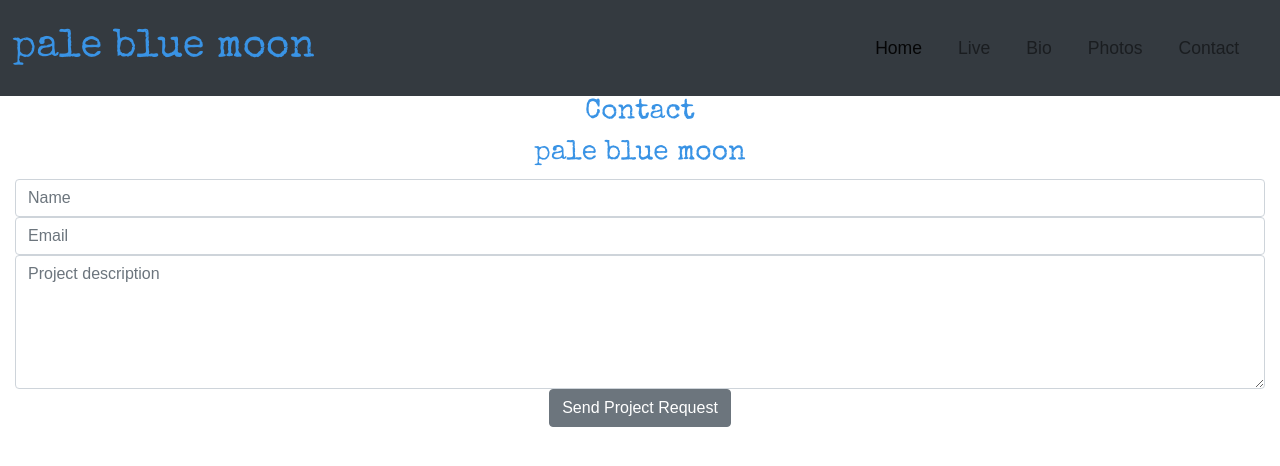
Repository: Skillabill/pale_blue_moon
Page: contact.html
The author's editor kept a record of every edit. The page is drawn from the files as they stood at one moment, then again after the next edit.
The browser window is 1280 px wide. The pictures show the whole page.
Some web fonts or font styles are not loaded; a fallback is used. Some web libraries are served in a nearby version.

Above is the page before.
Console error: ReferenceError: emailjs is not defined

### contact.html
<!DOCTYPE html>
<html lang="en">

<head>
    <meta charset="UTF-8">
    <meta name="viewport" content="width=device-width, initial-scale=1.0">
    <title>Pale Blue Moon</title>
    <meta http-equiv="X-UA-Compatible" content="ie=edge">
    <link rel="stylesheet" href="https://stackpath.bootstrapcdn.com/bootstrap/4.3.1/css/bootstrap.min.css" integrity="sha384-ggOyR0iXCbMQv3Xipma34MD+dH/1fQ784/j6cY/iJTQUOhcWr7x9JvoRxT2MZw1T" crossorigin="anonymous">
    <script src="https://code.jquery.com/jquery-3.3.1.slim.min.js" integrity="sha384-q8i/X+965DzO0rT7abK41JStQIAqVgRVzpbzo5smXKp4YfRvH+8abtTE1Pi6jizo" crossorigin="anonymous"></script>
    <script src="https://stackpath.bootstrapcdn.com/bootstrap/4.3.1/js/bootstrap.min.js" integrity="sha384-JjSmVgyd0p3pXB1rRibZUAYoIIy6OrQ6VrjIEaFf/nJGzIxFDsf4x0xIM+B07jRM" crossorigin="anonymous"></script>
    <script src="https://cdnjs.cloudflare.com/ajax/libs/popper.js/1.14.7/umd/popper.min.js" integrity="sha384-UO2eT0CpHqdSJQ6hJty5KVphtPhzWj9WO1clHTMGa3JDZwrnQq4sF86dIHNDz0W1" crossorigin="anonymous"></script>
    <link rel="stylesheet" href="https://use.fontawesome.com/releases/v5.8.1/css/all.css" integrity="sha384-50oBUHEmvpQ+1lW4y57PTFmhCaXp0ML5d60M1M7uH2+nqUivzIebhndOJK28anvf" crossorigin="anonymous">
    <link rel="stylesheet" href="https://cdnjs.cloudflare.com/ajax/libs/hover.css/2.3.1/css/hover-min.css" type="text/css" />
    <link rel="stylesheet" href="assets/css/style.css" type="text/css" />
    <link href="https://fonts.googleapis.com/css?family=Special+Elite&display=swap" rel="stylesheet">


    <script type="text/javascript" src="https://cdn.jsdelivr.net/npm/emailjs-com@2.3.2/dist/email.min.js"></script>
    <script type="text/javascript">
        (function() {
            emailjs.init("user_7mTllxTSenOQsUzbhEWF3");
        })();
    </script>
</head>

<body>

    <nav class="navbar navbar-expand-md navbar-light bg-dark sticky-top">
        <div class="container-fluid">
            <a class="navbar-brand" href="index.html">
			    <span class="pbm">pale blue moon</span>
			</a>
            <button class="navbar-toggler" type="button" data-toggle="collapse" data-target="#navbarResponsive">
				<span class="navbar-toggler-icon"></span>
			</button>
            <div class="collapse navbar-collapse" id="navbarResponsive">
                <ul class="navbar-nav ml-auto">
                    <li class="nav-item active">
                        <a class="nav-link" href="index.html">Home</a>
                    </li>
                    <li class="nav-item">
                        <a class="nav-link" href="live.html">Live</a>
                    </li>
                    <li class="nav-item">
                        <a class="nav-link" href="bio.html">Bio</a>
                    </li>
                    <li class="nav-item">
                        <a class="nav-link" href="photos.html">Photos</a>
                    </li>
                    <li class="nav-item">
                        <a class="nav-link" href="contact.html">Contact</a>
                    </li>

                </ul>
            </div>
        </div>
    </nav>
    <section id="contact-page" class="container-fluid">
        <div class="row bg-color-contact">
            <div class="col">
                <h3 class="contact-heading uppercase text-center">Contact</h3>
                <h3 class="uppercase text-center">pale blue moon</h3>

                <div class="center-form">
                    <form onsubmit="return sendMail(this);" method="POST">
                        <input type="text" name="name" id="fullname" class="form-control" placeholder="Name" required />
                        <input type="email" name="email" id="emailaddress" class="form-control" placeholder="Email" required />
                        <textarea rows="5" name="projectsummary" id="projectsummary" class="form-control" placeholder="Project description" required></textarea>
                        <div class="form-row text-center">
                            <div class="col">
                                <button type="submit" class="btn btn-secondary">Send Project Request</button>
                            </div>
                        </div>
                    </form>
                </div>

            </div>
        </div>


        </footer>
        <script src="assets/js/sendEmail.js"></script>
</body>

</html>

### assets/css/style.css
@import url('https://fonts.googleapis.com/css?family=font-family:Luckiest Guy:100,200,300,400,500,600,700|Exo:100,200,300,400,500,600,700');

html,
body {
    height: 100%;
    width: 100%;
    font-family: 'Luckiest Guy', sans-serif;
}

.container,
.container-fluid,
.row {
    margin: 0;
    padding: 0;
}

p {
    margin: auto;
    padding: 20px;
}

/*---------------- NAV ------------------*/

.navbar {
    padding: .8rem;
}

.navbar-nav li {
    padding-right: 20px;
}

.nav-link {
    font-size: 1.1em;

}

.btn-link {
    background-color: transparent;
    border: none;
}

.pbm {
    font-family: 'Special Elite', cursive;
    color: #3993E5;
    font-size: 40px;
}

/*------------- MAIN PIC ------------------*/

.main-pic {
    width: 100%;
}

.main-pic-bg {
    background-color: #000;
}

/*-------------Live Page --------------*/



/*--------------Photos ----------------------*/
.table-photos{
    width: 100%;
}
tr td {
    height: 40px;
    width: 20px;
}

/*------------- SONGS -----------------------*/

.songs {
    background-color: #D5DBDB;
}

controls {
    background-color: #27AE60;
}



/*-------------Meet the Band------------------*/

.band-bg {
    background-color: #000;
    color: #3993E5;
    font-family: 'Special Elite', cursive;
}

.band-bg-1 {
    background-color: #000;
    color: #000;
}

/*----------- VIDEO -------------------*/

.video {
    background-color: #000;
    color: #3993E5;
}

h2,
h3 {
    font-family: 'Special Elite', cursive;
    color: #3993E5;
}

/*----------- CONNECT -------------------*/
.connect {
    background-color: #000;
}

.social a {
    font-size: 4.5em;
    padding: 3rem;
}

.fa-facebook {
    color: #3b5998;
}

.fa-twitter {
    color: #00aced;
}

.fa-instagram {
    color: #517fa8;
}

.fa-youtube {
    color: #bb0000;
}

.fa-facebook:hover,
.fa-twitter:hover,
.fa-instagram:hover,
.fa-youtube:hover {
    color: #3993E5;
}



/*------------ FOOTER ------------------*/

footer {
    background-color: #000;
    color: #3993E5;
    padding-top: 2rem;
}

hr.light {
    border-top: 1px solid #3993E5;
    width: 75%;
    margin-top: .8rem;
    margin-bottom: 1rem;
}

hr.light-100 {
    border-top: 1px solid #3993E5;
    width: 100%;
    margin-top: .8rem;
    margin-bottom: 1rem;
}
hr {
    border-top: 1px solid #3993E5;
    width: 100%;
    margin-top: .8rem;
    margin-bottom: 1rem;
    background-color: #000;
}

/*-------------LIVE-----------------*/

.live-img {
    margin: 0;
    padding: 0;
    width: 100%;
    height: 100%;
}

/*----------------Photos--------------*/


table-photos {
	border: 1px solid #3993E5;
	margin: 5px;
}

/*-----------Contact Page------------*/

.contact-page {
    background-color: #000;
}



/*-----Media Queries ------*/

@media (max-width: 992px) {
    .social a {
        font-size: 4em;
        padding: 2rem;
    }
}

@media (max-width: 768px) {

    .display-4 {
        font-size: 200%;
    }
    .social a {
        font-size: 2.5em;
        padding: 1.2rem;
    }
    .video {
        width: 480px;
    }
}

@media (max-width: 576px) {

    .display-4 {
        font-size: 160%;
    }
    .social a {
        font-size: 2em;
        padding: .7rem;
    }
    .video {
        width: 380px;
    }
}

### assets/js/sendEmail.js
    function sendMail(contactForm) {
        emailjs.send("gmail", "pale_blue_moon", {
                "from_name": contactForm.name.value,
                "from_email": contactForm.emailaddress.value,
                "project_request": contactForm.projectsummary.value
            })
            .then(
                function(response) {
                    console.log("SUCCESS", response);
                },
                function(error) {
                    console.log("FAILED", error);
                }
            );
        return false; // To block from loading a new page
    }

After the next edit:
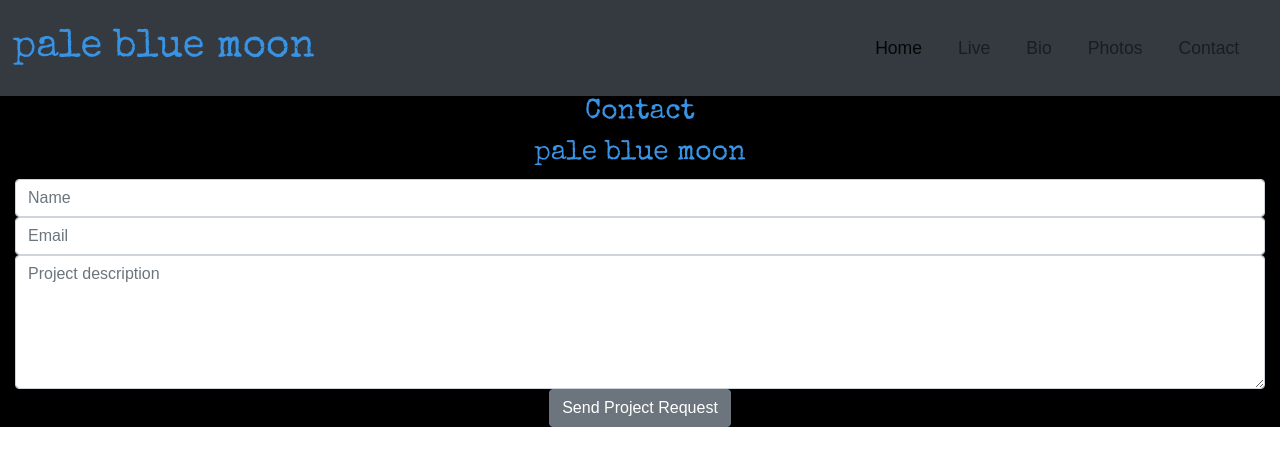
The edit:
--- a/contact.html
+++ b/contact.html
@@ -56,7 +56,7 @@
             </div>
         </div>
     </nav>
-    <section id="contact-page" class="container-fluid">
+    <section style="background-color: #000;" class="container-fluid">
         <div class="row bg-color-contact">
             <div class="col">
                 <h3 class="contact-heading uppercase text-center">Contact</h3>
